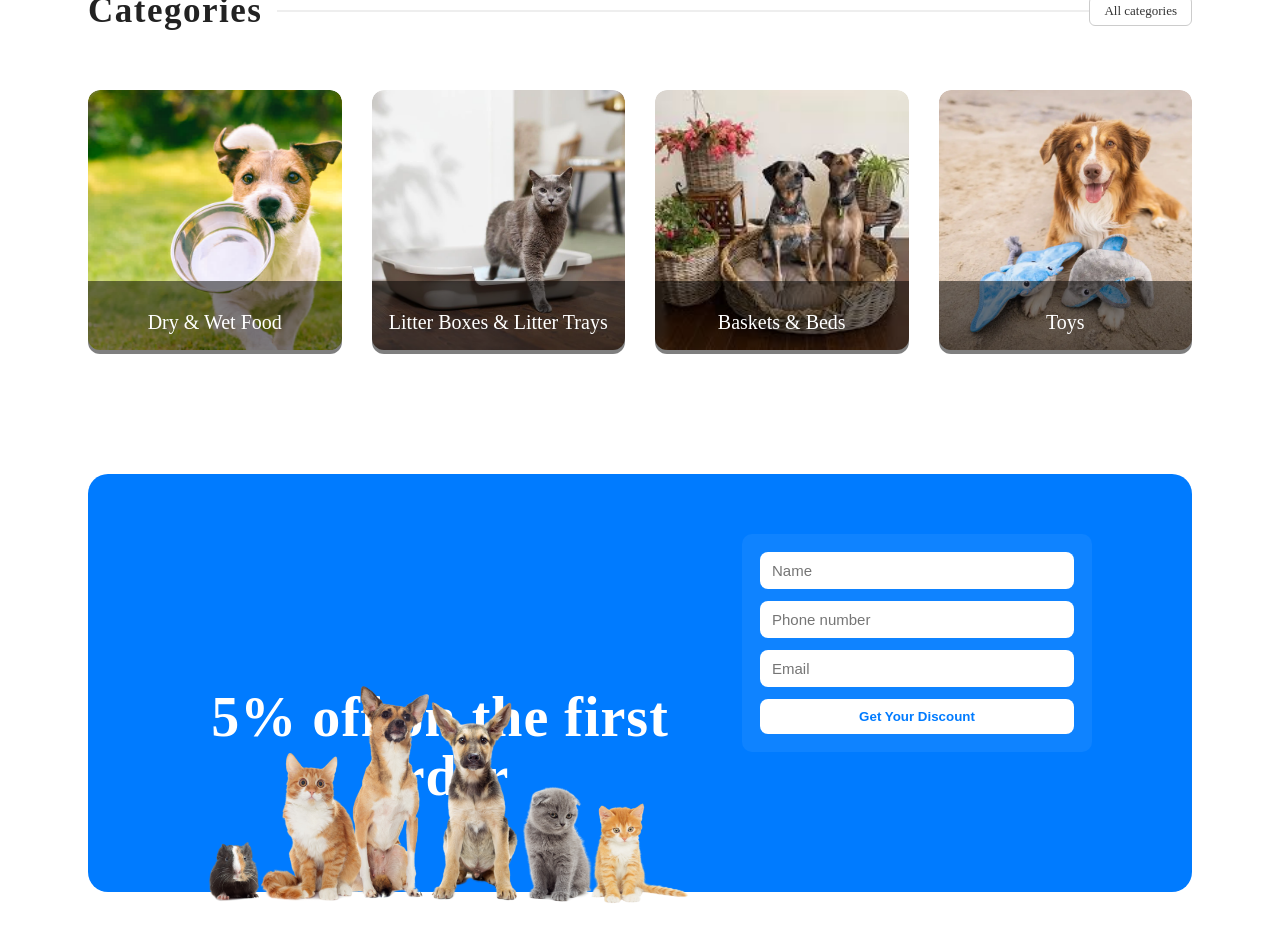
Repository: JuliiaJuliia/pet-shop-frontend
Page: / (app in pet-shop-frontend/)
An editor plug-in stored every save of this project. The page is shown before and after the next save, followed by the edit.
The browser window is 1280 px wide. The pictures show the part of the page from y = 693 to 1645 px (the page is 1645 px tall).
The project was rebuilt for these pictures with package versions that can differ from the ones it lists, and the page was loaded fresh each time. Also part of the build but not shown: pet-shop-frontend/vite.config.js, pet-shop-frontend/src/pages/CheckoutPage.jsx, pet-shop-frontend/src/api/axios.js, pet-shop-frontend/src/components/ProductList.jsx.

Above is the page before, as saved 2025-11-06 14:59:27.

### pet-shop-frontend/index.html
<!doctype html>
<html lang="en">
  <head>
    <meta charset="UTF-8" />
    <link rel="icon" type="image/svg+xml" href="/vite.svg" />
    <meta name="viewport" content="width=device-width, initial-scale=1.0" />
    <title>pet-shop-frontend</title>
  </head>
  <body>
    <div id="root"></div>
    <script type="module" src="/src/main.jsx"></script>
  </body>
</html>

### pet-shop-frontend/src/main.jsx
import HomePage from "./pages/HomePage";
import CheckoutPage from "./pages/CheckoutPage";
import React from "react";
import ReactDOM from "react-dom/client";
import { BrowserRouter, Routes, Route } from "react-router-dom";
import Header from "./components/Header/Header.jsx";
import ProductList from "./components/ProductList";

function Categories() {
  return <h2 style={{ textAlign: "center" }}>Categories Page</h2>;
}

function Sales() {
  return <h2 style={{ textAlign: "center" }}>Sales Page</h2>;
}

function Cart() {
  return <h2 style={{ textAlign: "center" }}>Your Cart is empty</h2>;
}

ReactDOM.createRoot(document.getElementById("root")).render(
  <BrowserRouter>
    <Header />
    <Routes>
      <Route path="/" element={<HomePage />} />
      <Route path="/categories" element={<Categories />} />
      <Route path="/products" element={<ProductList />} />
      <Route path="/sales" element={<Sales />} />
      <Route path="/cart" element={<Cart />} />
    </Routes>
  </BrowserRouter>
);

### pet-shop-frontend/src/pages/HomePage.jsx
import React from "react";
import MainBanner from "../components/MainBanner";
import Categories from "../components/Categories";
import DiscountBanner from "../components/DiscountBanner"; // 👈 ось цей рядок

const HomePage = () => {
  return (
    <div>
      <MainBanner />
      <Categories />
      <DiscountBanner />   {/* 👈 він має бути тут */}
    </div>
  );
};

export default HomePage;

### pet-shop-frontend/src/components/Header/Header.jsx
import React from "react";
import { Link } from "react-router-dom";
import "./Header.css";

const Header = () => {
  return (
    <header className="header">
      <div className="header__logo">
        <Link to="/">PetShop 🐾</Link>
      </div>
      <nav className="header__nav">
        <Link to="/">Main Page</Link>
        <Link to="/categories">Categories</Link>
        <Link to="/products">All products</Link>
        <Link to="/sales">All sales</Link>
      </nav>
      <div className="header__cart">
        <Link to="/cart">
        <img src="/icon.svg" alt="Cart" className="header__cart-icon" />
        </Link>
</div>
    </header>
  );
};

export default Header;

### pet-shop-frontend/src/components/MainBanner.jsx
import React from "react";
import { Link } from "react-router-dom";
import "./MainBanner.css";

const MainBanner = () => {
  return (
    <section className="main-banner">
      <div className="main-banner__overlay">
        <div className="main-banner__content">
        <h1>Amazing Discounts <br /> on Pets Products!</h1>
        <Link to="/checkout" className="banner-btn">Check out</Link>
        </div>
      </div>
    </section>
  );
};

export default MainBanner;

### pet-shop-frontend/src/components/Categories.jsx
import React from "react";
import { Link } from "react-router-dom";
import "./Categories.css";

const categories = [
  { id: 1, name: "Dry & Wet Food", image: "/Dog.jpg" },
  { id: 2, name: "Litter Boxes & Litter Trays", image: "/Cat.jpg" },
  { id: 3, name: "Baskets & Beds", image: "/Dogs.jpg" },
  { id: 4, name: "Toys", image: "/Dog and Fish.jpg" },
];

const Categories = () => {
  return (
    <section className="categories">
      <div className="categories__header">
        <h2>Categories</h2>
        <div className="categories__line"></div>

        <Link to="/products" className="all-categories-btn">
          All categories
        </Link>
      </div>

      <div className="categories__grid">
        {categories.map((category) => (
          <div key={category.id} className="category-card">
            <img src={category.image} alt={category.name} />
            <div className="category-card__overlay">
              <p>{category.name}</p>
            </div>
          </div>
        ))}
      </div>
    </section>
  );
};

export default Categories;

### pet-shop-frontend/src/components/DiscountBanner.jsx
import React from "react";
import "./DiscountBanner.css";

const DiscountBanner = () => {
  return (
    <section className="discount-banner">
      <div className="discount-banner__content">
        <div className="discount-banner__left">
          <h2>5% off on the first order</h2>
          <img src="/Pets.jpg" alt="pets" className="discount-banner__image" />
        </div>

        <div className="discount-banner__form">
          <form>
            <input type="text" placeholder="Name" required />
            <input type="phone" placeholder="Phone number" required />
            <input type="email" placeholder="Email" required />
            <button type="submit">Get Your Discount</button>
          </form>
        </div>
      </div>
    </section>
  );
};

export default DiscountBanner;

### pet-shop-frontend/src/components/Header/Header.css
.header {
    display: flex;
    align-items: center;
    justify-content: space-between;
    padding: 20px 60px;
    background-color: #fff;
    box-shadow: 0 2px 5px rgba(0, 0, 0, 0.05);
    position: sticky;
    top: 0;
    z-index: 10;
  }

  .header__logo a {
    font-size: 40px;
    font-weight: 400;
    color: #3d3c3c;
    text-decoration: none;
    display: flex;
    align-items: center;
    gap: 10px;
  }

  .header__nav {
    display: flex;
    gap: 30px;
  }

  .header__nav a {
    font-size: 20px;
    text-decoration: none;
    color: #38383a;
    font-weight: 550;
    transition: 0.3s;
    cursor: url("data:[embedded picture, 129 characters]"), auto;
  }

  .header__nav a:hover {
    color: #24973bf3;
  }

  .cart-icon {
    font-size: 20px;
    text-decoration: none;
  }

  .header__cart-icon {
    width: 30px;
    height: 30px;
    object-fit: contain;
    transition: transform 0.3s ease;
    cursor: url("data:[embedded picture, 129 characters]"), auto;
  }

  .header__cart-icon:hover {
    transform: rotate(10deg) scale(1.15);
  }

### pet-shop-frontend/src/components/MainBanner.css
.main-banner {
  position: relative;
  width: 100%;
  height: 500px;
  background: url("/banner-dog.jpg") center/cover no-repeat;
  display: flex;
  align-items: center;
  justify-content: center;
  border-radius: 10px;
  overflow: hidden;
  margin-bottom: 60px;
}

/* Полупрозрачный шар поверх картинки */
.main-banner__overlay {
  background: rgba(0, 0, 0, 0.35);
  width: 100%;
  height: 100%;
  display: flex;
  align-items: center;
  justify-content: center;
}

/* Текст и кнопка */
.main-banner__content {
  text-align: left;
  color: #fff;
  max-width: 800px;
  padding: 0 40px;
  line-height: 1.1;
  white-space: normal;
  word-break: break-word;
}

.main-banner__content h1 {
  font-size: 54px;
  font-weight: 700;
  line-height: 1.2;
  margin-bottom: 40px;
}


.main-banner__button {
  background-color: #53b955df;
  color: rgb(255, 255, 255);
  border: none;
  border-radius: 6px;
  font-size: 18px;
  padding: 14px 30px;
  cursor: pointer;
  transition: all 0.3s ease;
  cursor: url("data:[embedded picture, 129 characters]"), auto;
}

.main-banner__button:hover {
  background-color: #24973b91;
  ;
  transform: scale(1.05);
}

.banner-btn {
  display: inline-block;
  background-color: #53b955df;
  color: white;
  border: none;
  border-radius: 6px;
  font-size: 18px;
  padding: 14px 30px;
  text-decoration: none;
  text-align: center;
  cursor: pointer;
  transition: all 0.3s ease;
}

.banner-btn:hover {
  background-color: #24973b91;
  transform: scale(1.05);
}

### pet-shop-frontend/src/components/Categories.css
.categories {
    padding: 0px 80px 60px;
    background-color: #fff;
  }

  .categories__title {
    font-size: 36px;
    font-weight: 600;
    margin-bottom: 30px;
    color: #222;
  }

  .categories__grid {
    display: grid;
    grid-template-columns: repeat(auto-fit, minmax(220px, 1fr));
    gap: 30px;
    justify-items: center;
  }

  .category-card {
    position: relative;
    width: 100%;
    max-width: 260px;
    border-radius: 12px;
    overflow: hidden;
    cursor: url("data:[embedded picture, 129 characters]"), auto;
    transition: transform 0.3s ease;
  }

  .category-card img {
    width: 100%;
    height: 260px;
    object-fit: cover;
    border-radius: 12px;
  }

  .category-card__overlay {
    position: absolute;
    display: flex;
    justify-content: center;
    align-items: center;
    text-align: center;
    bottom: 0;
    left: 0;
    right: 0;
    background: rgba(0, 0, 0, 0.5);
    color: #fff;
    font-size: 20px;
    font-weight: 500;
    padding-top: 10px;
    transition: background 0.3s ease;
  }

  .category-card:hover {
    transform: scale(1.05);
  }

  .category-card:hover .category-card__overlay {
    background: rgba(0, 0, 0, 0.7);
  }

  .categories__header {
    display: flex;
    align-items: center;
    justify-content: space-between;
    position: relative;
    margin-bottom: 30px;
  }

  .categories__header h2 {
    font-size: 35px;
    font-weight: 700;
    color: #222;
    letter-spacing: 1.5px;
    background-color: #fff;
    padding-right: 15px;
    z-index: 1;
  }

  .categories__line {
    position: absolute;
    left: 0;
    right: 0;
    height: 1px;
    background-color: #ddd;
    top: 50%;
    transform: translateY(-50%);
    z-index: 0;
  }

  .all-categories-btn {
    display: inline-flex;
    align-items: center;
    justify-content: center;
    background-color: #fff;
    border: 1px solid #ccc;
    border-radius: 6px;
    padding: 6px 14px;
    font-size: 13px;
    font-weight: 500;
    color: #333;
    text-decoration: none;
    outline: none;
    cursor: pointer;
    z-index: 1;
    transition: all 0.3s ease;
  }

  .all-categories-btn:hover {
    background-color: #53b955cd;
    color: #fff;
    border-color: #24973b91;
    transform: scale(1.05);
    cursor: url("/paw-cursor.png"), auto;
    cursor: url("data:[embedded picture, 129 characters]"), auto;
  }

### pet-shop-frontend/src/components/DiscountBanner.css
/* контейнер банера */
.discount-banner {
    background-color: #007bff;
    color: #fff;
    border-radius: 20px;
    margin: 60px 80px;
    padding: 60px 80px 140px; /* зверни увагу: великий паддінг знизу для місця під тварин */
    position: relative;
    overflow: visible;
    display: block;
  }

  /* заголовок — по центру всього блоку (горизонтально + вертикально) */
  .discount-banner__left h2 {
    position: absolute;
    top: 50%;
    left: 50%;
    transform: translate(-50%, -50%);
    margin: 0;
    font-size: 56px;
    font-weight: 700;
    letter-spacing: 1px;
    text-align: center;
    width: 100%;
    line-height: 1.05;
  }

  /* вміст під заголовком: картинка ліворуч, форма праворуч */
  .discount-banner__content {
    display: flex;
    justify-content: space-between;
    align-items: flex-end;
    gap: 50px;
    width: 100%;
    position: relative;
    margin-top: 0px;
  }

  /* ліва частина (картинка) */
  .discount-banner__left {
    flex: 1;
    display: flex;
    justify-content: center;
    align-items: flex-end;    /* картинка "сидить" внизу колонки */
    position: relative;
    padding-bottom: 10px;     /* трохи простору під картинкою */
  }

  /* картинка тварин — збільшена і з позицією внизу (на межі фону) */
  .discount-banner__image {
    max-width: 720px;         /* збільшити розмір тварин */
    width: 100%;
    height: auto;
    object-fit: contain;
    position: absolute;
    left: 50%;
    transform: translateX(-50%);
    bottom: -160px;
  }

  /* права частина — форма (по центру вертикалі блоку) */
  .discount-banner__form {
    flex: 0 0 350px;
    right: 20px;
    display: flex;
    align-items: center;
    justify-content: center;
    position: relative;
  }

  /* стилі самої форми */
  .discount-banner__form form {
    width: 100%;
    display: flex;
    flex-direction: column;
    gap: 12px;
    background: rgba(255,255,255,0.06); /* легке напівпрозоре тло, зливається з фоном */
    padding: 18px;
    border-radius: 10px;
  }

  .discount-banner__form input {
    padding: 10px 12px;
    border-radius: 8px;
    border: none;
    font-size: 15px;
    outline: none;
  }

  .discount-banner__form button {
    padding: 10px 14px;
    border-radius: 8px;
    border: none;
    background: #fff;
    color: #007bff;
    font-weight: 600;
    cursor: pointer;
  }

  /* адаптация под мобильные екраны */
  @media (max-width: 900px) {
    .discount-banner {
      margin: 30px 24px;
      padding: 40px 24px 120px;
    }
    .discount-banner__left h2 {
      font-size: 34px;
      top: 42%;
    }
    .discount-banner__content {
      flex-direction: column;
      align-items: center;
      margin-top: 60px;
    }
    .discount-banner__form {
      width: 100%;
      flex: none;
      margin-top: 20px;
    }
    .discount-banner__image {
      position: relative;
      bottom: -6px;
      left: 50%;
      transform: translateX(-50%);
      max-width: 320px;
    }
  }

After the next save:
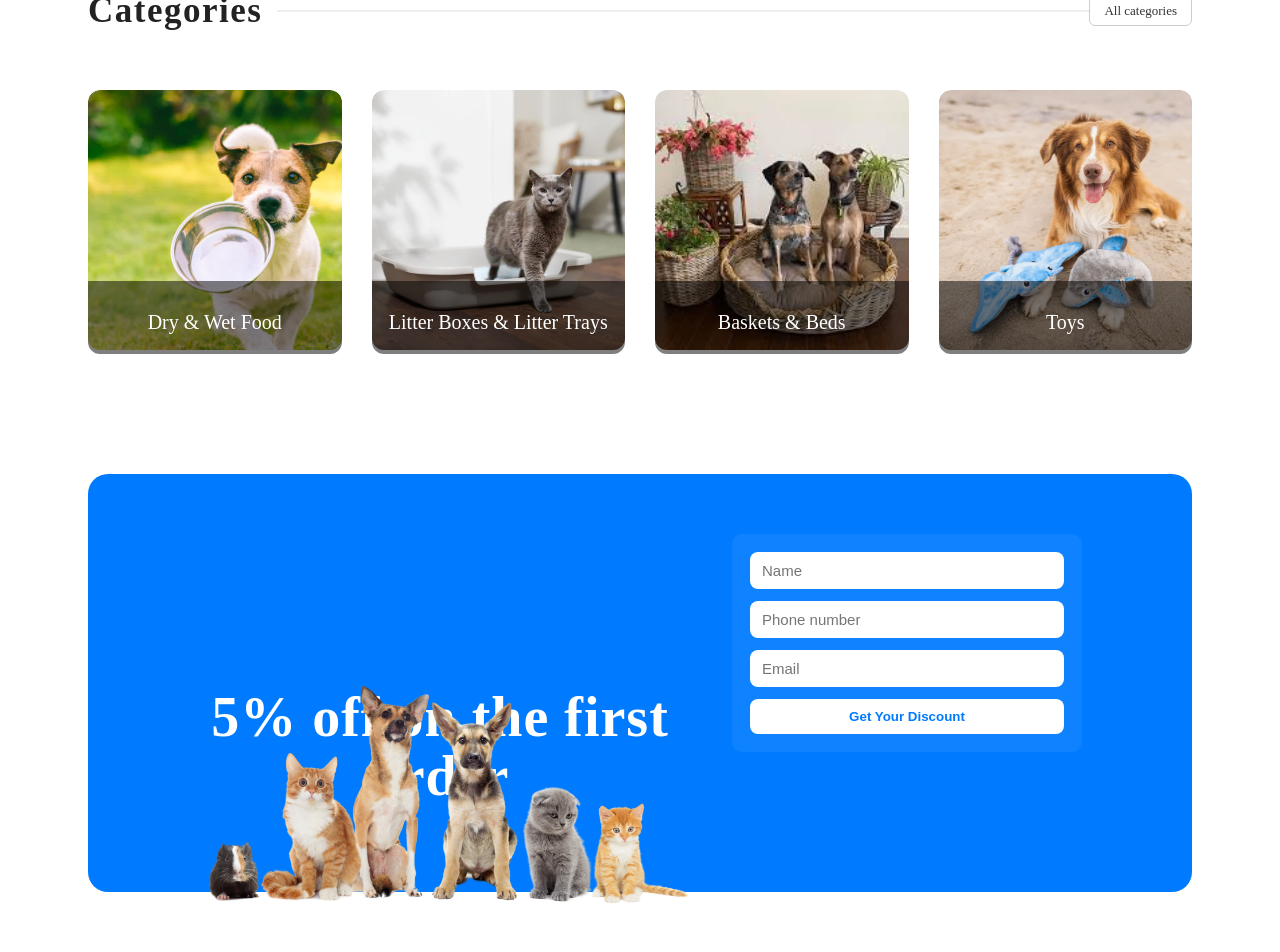
Saved 6 s later.
--- a/pet-shop-frontend/src/components/DiscountBanner.css
+++ b/pet-shop-frontend/src/components/DiscountBanner.css
@@ -61,7 +61,7 @@
   /* права частина — форма (по центру вертикалі блоку) */
   .discount-banner__form {
     flex: 0 0 350px;
-    right: 20px;
+    right: 30px;
     display: flex;
     align-items: center;
     justify-content: center;
